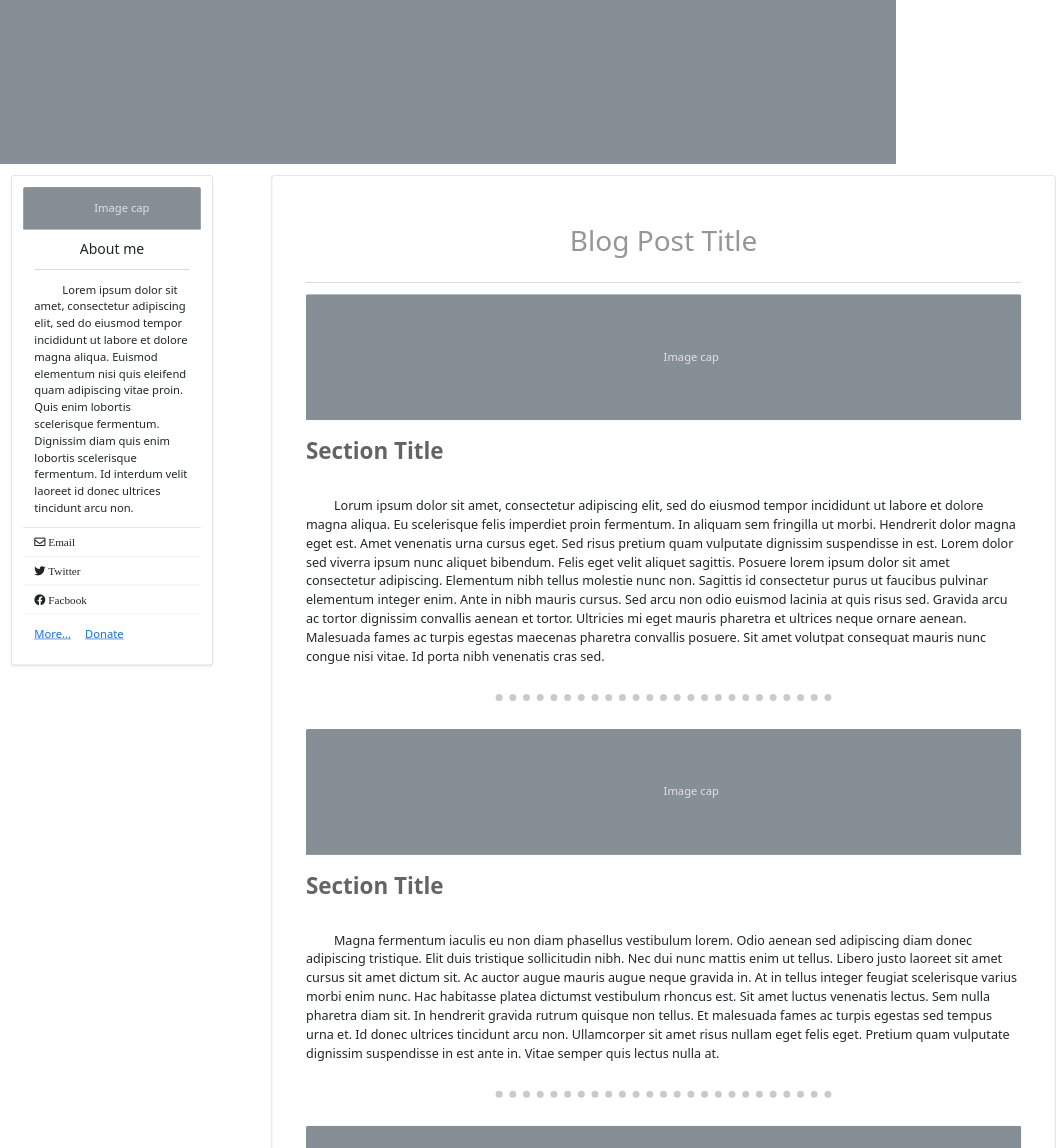
Repository: LublubXT/Azi-Tec-Team
Page: views/templates/blogs/personalblog/home.html
An editor plug-in stored every save of this project. The page is shown before and after a run of saves, followed by the edit.
The browser window is 1280 px wide. The page is 1508 px wide, then 1280 px, then 1508 px, so the pictures cover 1508 px, including what lies to the right of the window. The pictures show the part of the page from y = 566 to 2206 px (the page is 2779 px tall before and 2663 px after), at 70% of full size.

Above is the page before, as saved 2021-03-11 12:16:28.

### views/templates/blogs/personalblog/home.html
<!DOCTYPE html>
<html lang="en">

    <head>
        <meta charset="UTF-8">
        <meta http-equiv="X-UA-Compatible" content="IE=edge">
        <meta name="viewport" content="width=device-width, initial-scale=1.0">

        <!-- import style sheet file -->
        <link rel="stylesheet" href="css/style.css">
        <link rel="stylesheet" href="css/bootstrap.min.css">
        <link rel="stylesheet" href="fontawesome/css/all.css">


        <title>My Blog</title>
    </head>

    <body>
        <div class="header imgDiv">
            <nav class="navbar navbar-expand-lg navbar-light fixed-top shadow-sm" style="background-color: #fff;">
                <div class="container-fluid">
                    <a class="navbar-brand" href="#">My Blog</a>
                    <button class="navbar-toggler" type="button" data-bs-toggle="collapse"
                        data-bs-target="#navbarNavAltMarkup" aria-controls="navbarNavAltMarkup" aria-expanded="false"
                        aria-label="Toggle navigation">
                        <span class="navbar-toggler-icon"></span>
                    </button>
                    <div class="collapse navbar-collapse float-end" id="navbarNavAltMarkup">
                        <div class="navbar-nav float-end">
                            <a class="nav-link active" aria-current="page" href="#">Home</a>
                            <a class="nav-link" href="#">Posts</a>
                            <a class="nav-link" href="#">Donate</a>
                        </div>
                    </div>
                </div>
            </nav>
            <p class="card-text position-absolute top-50 end-50 text-light">Image
                cap</p>
        </div>

        <div>
            <div style="width: 100%;" class="grid-container">

                <div class="card mx-3 my-3 shadow-sm grid-child p-3 tab-panetab-content" style="width: 18rem; height: 700px; ">
                    <svg class="bd-placeholder-img card-img-top" width="100%" height="180"
                        xmlns="http://www.w3.org/2000/svg" role="img" aria-label="Placeholder: Image cap"
                        preserveAspectRatio="xMidYMid slice" focusable="true">
                        <title>Placeholder</title>
                        <rect width="100%" height="100%" fill="#868e96"></rect><text x="40%" y="50%" fill="#dee2e6"
                            dy=".3em">Image
                            cap</text>
                    </svg>
                    <div class="card-body">
                        <h5 class="card-title" style="text-align: center;">About me</h5>
                        <hr>
                        <p class="card-text"><span class="tab"></span>Lorem ipsum dolor sit amet, consectetur adipiscing
                            elit, sed do eiusmod
                            tempor
                            incididunt ut labore et dolore magna
                            aliqua. Euismod elementum nisi quis eleifend quam adipiscing vitae proin. Quis enim lobortis
                            scelerisque fermentum.
                            Dignissim diam quis enim lobortis scelerisque fermentum. Id interdum velit laoreet id donec
                            ultrices tincidunt arcu non.</p>
                    </div>
                    <ul class="list-group list-group-flush">
                        <li class="list-group-item"><i class="far fa-envelope"> Email</i></li>
                        <li class="list-group-item"><i class="fab fa-twitter"> Twitter</i></li>
                        <li class="list-group-item"><i class="fab fa-facebook"> Facbook</i></li>
                    </ul>
                    <div class="card-body">
                        <a href="#" class="card-link">More...</a>
                        <a href="#" class="card-link">Donate</a>
                    </div>
                </div>
                <div class="card mx-5 my-3 float-end shadow-sm grid-child p-5 fade show active"
                    style="width: 70rem; height: auto;" id="pills-1" role="tabpanel" aria-labelledby="pills-1-tab">
                    <h1 class="blog_title">Blog Post Title</h1>
                    <hr>
                    <svg class="bd-placeholder-img card-img-top" width="100%" height="180"
                        xmlns="http://www.w3.org/2000/svg" role="img" aria-label="Placeholder: Image cap"
                        preserveAspectRatio="xMidYMid slice" focusable="true">
                        <title>Placeholder</title>
                        <rect width="100%" height="100%" fill="#868e96"></rect><text x="50%" y="50%" fill="#dee2e6"
                            dy=".3em">Image
                            cap</text>
                    </svg>
                    <p class="main_title">Section Title</p>
                    <p class="text-dark main_p"><span class="tab"></span> Lorum ipsum dolor sit amet, consectetur
                        adipiscing
                        elit,
                        sed do eiusmod
                        tempor
                        incididunt ut labore et dolore magna
                        aliqua. Eu scelerisque felis imperdiet proin fermentum. In aliquam sem fringilla ut morbi.
                        Hendrerit
                        dolor magna eget
                        est. Amet venenatis urna cursus eget. Sed risus pretium quam vulputate dignissim suspendisse in
                        est.
                        Lorem dolor sed
                        viverra ipsum nunc aliquet bibendum. Felis eget velit aliquet sagittis. Posuere lorem ipsum
                        dolor
                        sit amet consectetur
                        adipiscing. Elementum nibh tellus molestie nunc non. Sagittis id consectetur purus ut faucibus
                        pulvinar elementum
                        integer enim. Ante in nibh mauris cursus. Sed arcu non odio euismod lacinia at quis risus sed.
                        Gravida arcu ac tortor
                        dignissim convallis aenean et tortor. Ultricies mi eget mauris pharetra et ultrices neque ornare
                        aenean. Malesuada fames
                        ac turpis egestas maecenas pharetra convallis posuere. Sit amet volutpat consequat mauris nunc
                        congue nisi vitae. Id
                        porta nibh venenatis cras sed.
                    </p>
                    <hr class="blog_hr" style="margin: auto; margin-top: 20px; margin-bottom: 40px;">
                    <svg class="bd-placeholder-img card-img-top" width="100%" height="180"
                        xmlns="http://www.w3.org/2000/svg" role="img" aria-label="Placeholder: Image cap"
                        preserveAspectRatio="xMidYMid slice" focusable="true">
                        <title>Placeholder</title>
                        <rect width="100%" height="100%" fill="#868e96"></rect><text x="50%" y="50%" fill="#dee2e6"
                            dy=".3em">Image
                            cap</text>
                    </svg>
                    <p class="main_title">Section Title</p>
                    <p class="text-dark main_p"><span class="tab"></span>
                        Magna fermentum iaculis eu non diam phasellus vestibulum lorem. Odio aenean sed adipiscing diam
                        donec adipiscing
                        tristique. Elit duis tristique sollicitudin nibh. Nec dui nunc mattis enim ut tellus. Libero
                        justo
                        laoreet sit amet
                        cursus sit amet dictum sit. Ac auctor augue mauris augue neque gravida in. At in tellus integer
                        feugiat scelerisque
                        varius morbi enim nunc. Hac habitasse platea dictumst vestibulum rhoncus est. Sit amet luctus
                        venenatis lectus. Sem
                        nulla pharetra diam sit. In hendrerit gravida rutrum quisque non tellus. Et malesuada fames ac
                        turpis egestas sed tempus
                        urna et. Id donec ultrices tincidunt arcu non. Ullamcorper sit amet risus nullam eget felis
                        eget.
                        Pretium quam vulputate
                        dignissim suspendisse in est ante in. Vitae semper quis lectus nulla at.
                    </p>
                    <hr class="blog_hr" style="margin: auto; margin-top: 20px; margin-bottom: 40px;">
                    <svg class="bd-placeholder-img card-img-top" width="100%" height="180"
                        xmlns="http://www.w3.org/2000/svg" role="img" aria-label="Placeholder: Image cap"
                        preserveAspectRatio="xMidYMid slice" focusable="true">
                        <title>Placeholder</title>
                        <rect width="100%" height="100%" fill="#868e96"></rect><text x="50%" y="50%" fill="#dee2e6"
                            dy=".3em">Image
                            cap</text>
                    </svg>
                    <p class="main_title">Section Title</p>
                    <p class="text-dark main_p"><span class="tab"></span>
                        Nulla facilisi cras fermentum odio eu feugiat pretium. Semper viverra nam libero justo laoreet
                        sit
                        amet. Mauris pharetra
                        et ultrices neque ornare aenean. At consectetur lorem donec massa sapien. Sit amet mauris
                        commodo
                        quis imperdiet massa.
                        Etiam sit amet nisl purus in mollis nunc sed id. Amet purus gravida quis blandit turpis cursus
                        in
                        hac. In egestas erat
                        imperdiet sed euismod nisi porta lorem mollis. Amet commodo nulla facilisi nullam vehicula.
                        Nulla
                        pharetra diam sit amet
                        nisl. Volutpat consequat mauris nunc congue nisi. Orci eu lobortis elementum nibh tellus
                        molestie
                        nunc. Gravida in
                        fermentum et sollicitudin ac.
                    </p>
                    <div class="container" style="margin: auto;">
                        <div class="row">
                            <div class="col">

                                <span class="badge bg-secondary my-4">4/25/2021</span>

                            </div>

                            <div class="col">
                                <nav aria-label="Page navigation example">
                                    <ul class="pagination my-3 float-end" id="pills-tab" role="tablist">

                                        <li class="page-item active" role="presentation"><a class="page-link"
                                                id="pills-1-tab" data-bs-toggle="pill" data-bs-target="#pills-1"
                                                type="button" role="tab" aria-controls="pills-1"
                                                aria-selected="true">1</a></li>
                                        <li class="page-item" role="presentation"><a class="page-link" id="pills-2-tab"
                                                data-bs-toggle="pill" data-bs-target="#pills-2" type="button" role="tab"
                                                aria-controls="pills-2" aria-selected="true">2</a></li>
                                        <li class="page-item" role="presentation"><a class="page-link" id="pills-3-tab"
                                                data-bs-toggle="pill" data-bs-target="#pills-3" type="button" role="tab"
                                                aria-controls="pills-3" aria-selected="true">3</a></li>

                                    </ul>
                                </nav>
                            </div>

                        </div>
                    </div>
                </div>
            </div>
        </div>

    </body>

</html>

### views/templates/blogs/personalblog/css/style.css
body {
    margin: 0px;
    padding: 0px;
}

.header {
    max-width: 100%;
    height: 50rem;
}

.imgDiv {
    background-color: #868e96;
}



.mainlink {
    color: white;
    font-family: 'Courier New', Courier, monospace;
    font-weight: bolder;
    /* background: transparent; */
    font-size: xx-large;
    text-decoration: none;
    float: left;
    margin: 10px;
}

.link {
    color: white;
    font-family: 'Courier New', Courier, monospace;
    font-weight: bolder;
    background: transparent;
    font-size: large;
    float: right;
    margin: 10px;
    margin-left: 10px;
    text-decoration: none;
}

.main_p {
    color: rgb(100, 100, 100);
    font-size: large;
    font-weight: 400;
    margin-top: 20px;
    margin-bottom: 20px;
}

.tab {
    margin-left: 40px;
}

.main_title {
    color: rgb(100, 100, 100);
    font-size: xx-large;
    font-weight: bold;
    margin-top: 20px;
    margin-bottom: 20px;
}

.blog_title {
    text-align: center;
    color: rgb(150, 150, 150);
    margin-top: 20px;
    margin-bottom: 20px;
}

.blog_hr {
    color: rgb(50, 50, 50);
    background: transparent;
    border-top: 10px dotted rgb(50, 50, 50);
    border-left: none;
    border-right: none;
    border-bottom: none;
    margin: auto;
    margin-top: 20px;
    margin-bottom: 40px;
    width: 30rem;
}

.grid-container {
    display: grid;
    grid-template-columns: 1fr 1fr;
    grid-gap: 20px;
}

Loaded but not shown: views/templates/blogs/personalblog/css/bootstrap.min.css (library); views/templates/blogs/personalblog/fontawesome/css/all.css (library)

After the next 4 saves:
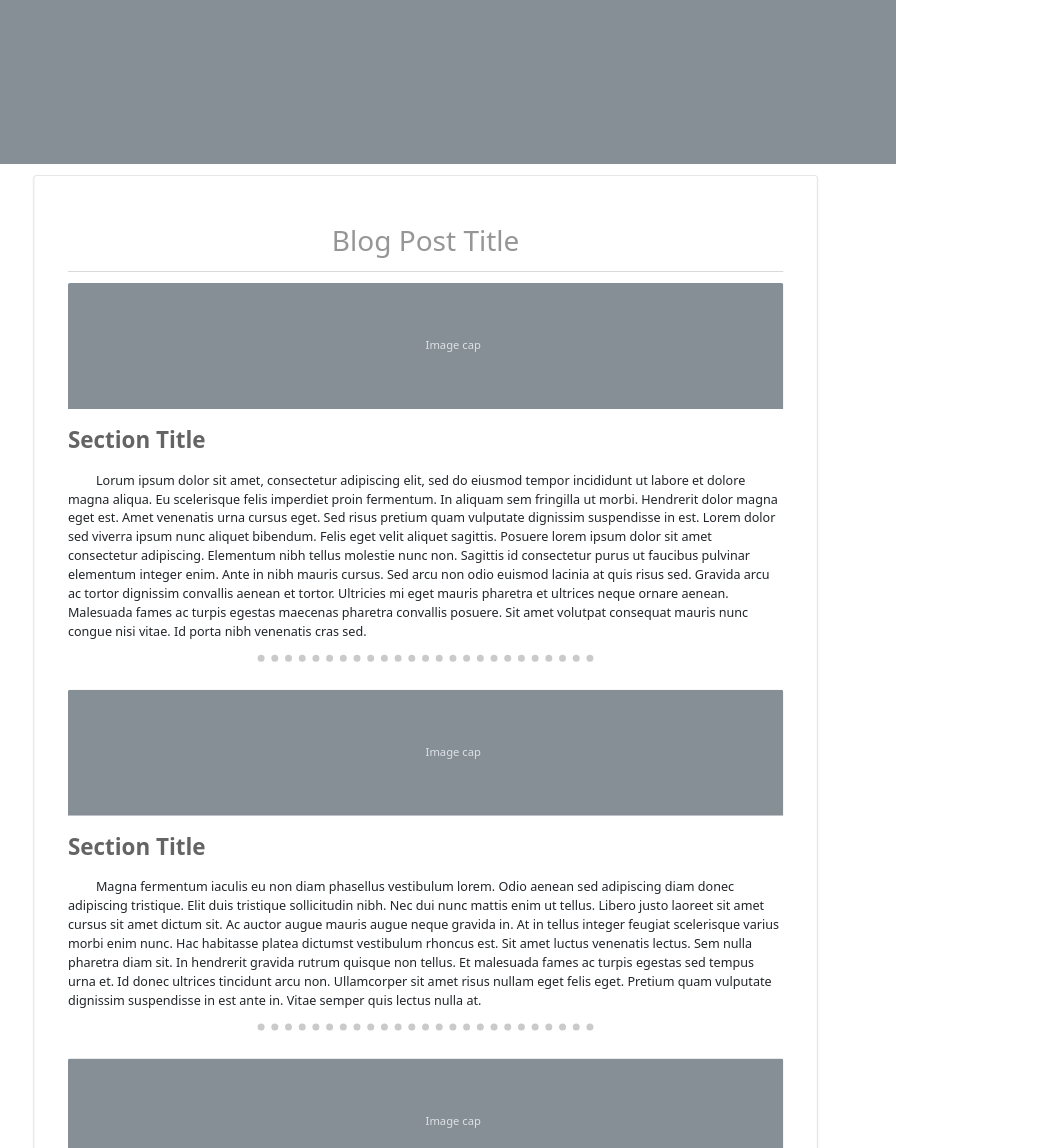
The 4 saves are shown as one change because they came seconds apart.
The last was saved 15 s later.
--- a/views/templates/blogs/personalblog/home.html
+++ b/views/templates/blogs/personalblog/home.html
@@ -39,9 +39,9 @@
         </div>
 
         <div>
-            <div style="width: 100%;" class="grid-container">
-
-                <div class="card mx-3 my-3 shadow-sm grid-child p-3 tab-panetab-content" style="width: 18rem; height: 700px; ">
+            <div style="width: 100%;" class="grid-container tab-content">
+
+                <div class="card mx-3 my-3 shadow-sm grid-child p-3 tab-pane" style="width: 18rem; height: 700px; ">
                     <svg class="bd-placeholder-img card-img-top" width="100%" height="180"
                         xmlns="http://www.w3.org/2000/svg" role="img" aria-label="Placeholder: Image cap"
                         preserveAspectRatio="xMidYMid slice" focusable="true">

After the save that followed:
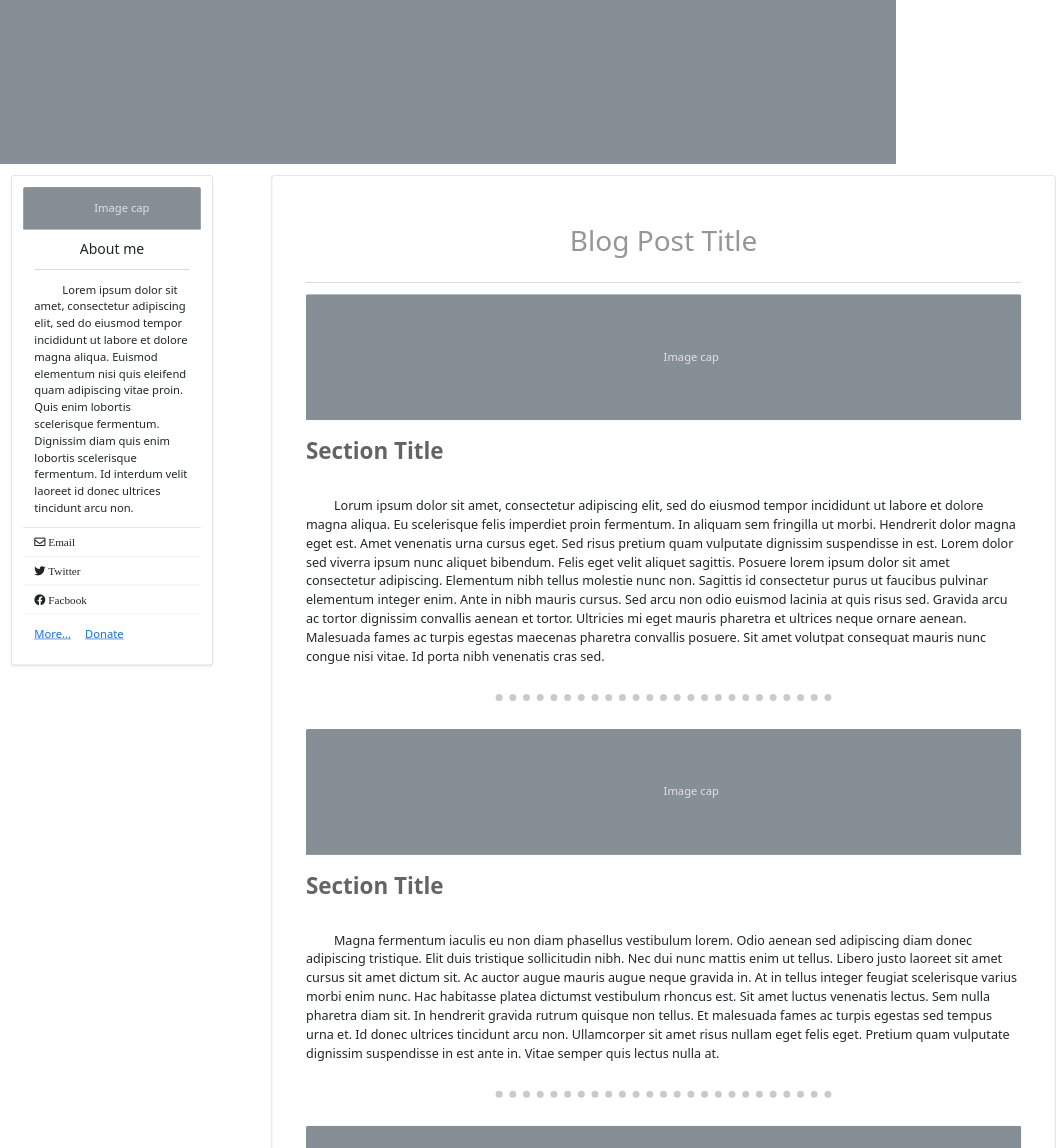
Saved 41 s later.
--- a/views/templates/blogs/personalblog/home.html
+++ b/views/templates/blogs/personalblog/home.html
@@ -39,7 +39,7 @@
         </div>
 
         <div>
-            <div style="width: 100%;" class="grid-container tab-content">
+            <div style="width: 100%;" class="grid-container">
 
                 <div class="card mx-3 my-3 shadow-sm grid-child p-3 tab-pane" style="width: 18rem; height: 700px; ">
                     <svg class="bd-placeholder-img card-img-top" width="100%" height="180"
